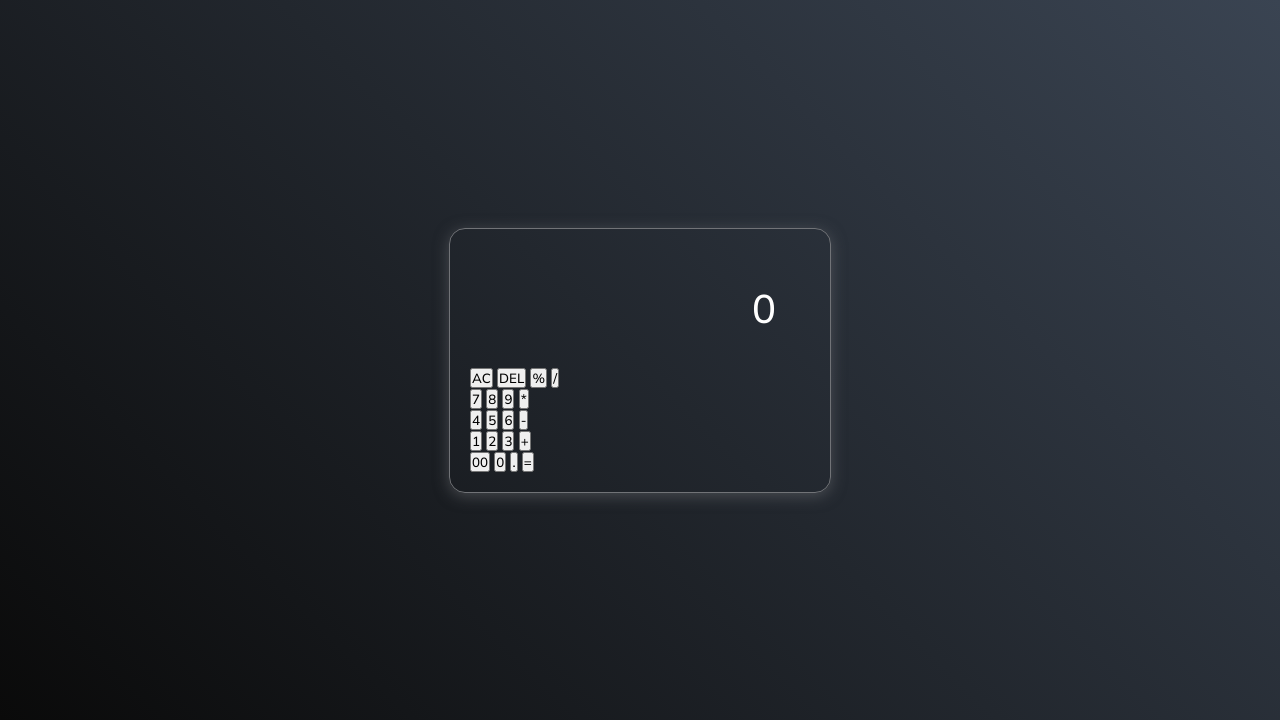
Repository: vaibhav1281/Calculator
Page: index.html
These files come from the project's save history. The page is drawn as it stood at one moment and after the next save; the edit follows.
The browser window is 1280 px wide. The pictures show the whole page.

Above is the page before, as saved 2023-05-06 20:09:29.

After the next save:
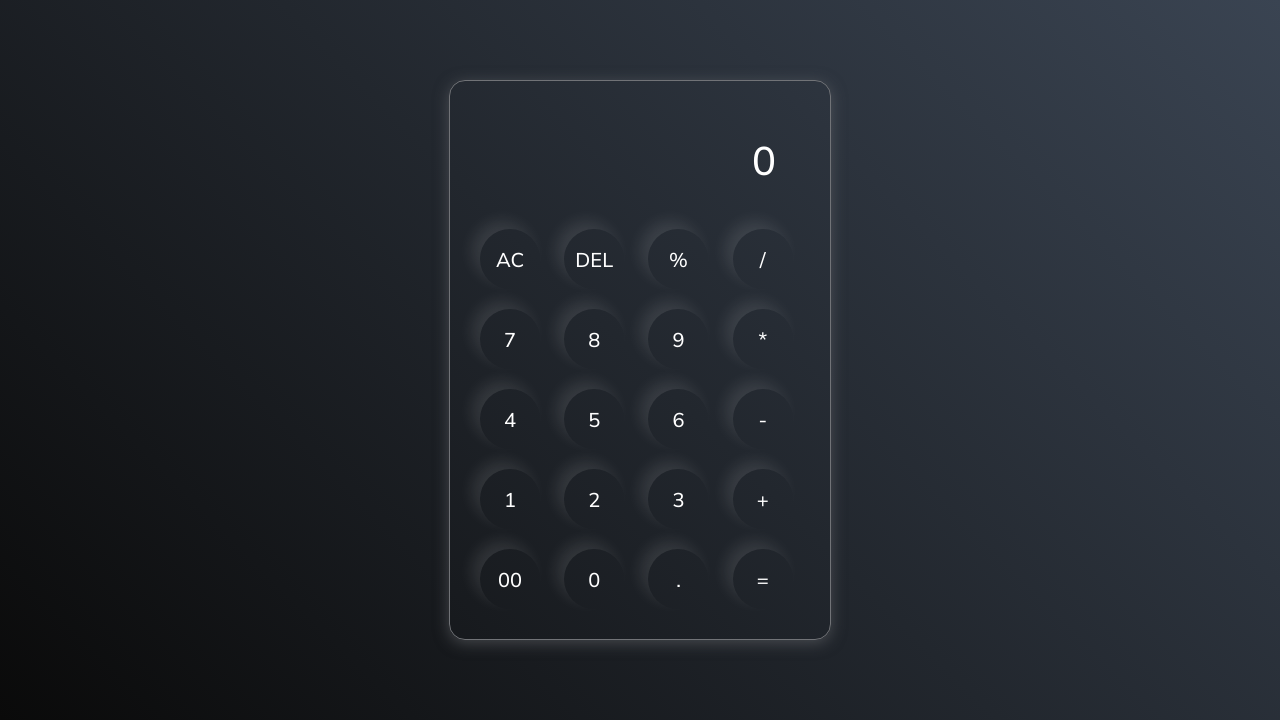
Saved 37 s later.
--- a/styles.css
+++ b/styles.css
@@ -37,3 +37,15 @@
 input::placeholder{
     color: #ffffff;
 }
+button{
+    border: none;
+    width: 60px;
+    height: 60px;
+    margin: 10px;
+    border-radius: 50%;
+    background: transparent;
+    color: #ffffff;
+    font-size: 20px;
+    box-shadow: -8px -8px 15px rgba(255, 255, 255, 0.1);
+    cursor: pointer;
+}
